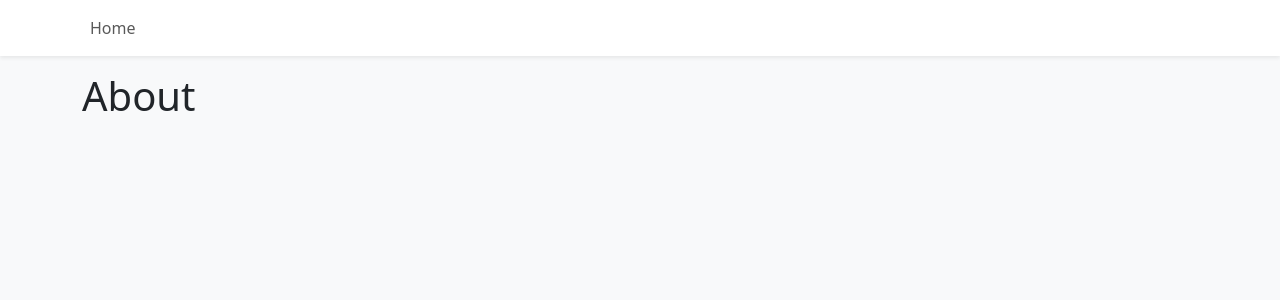
Repository: kurtveil/react-ecommerce
Page: /about
The author's editor kept a copy of each file at every save. The page is drawn from the files as they stood at one save, then again after the next save.
The browser window is 1280 px wide. The pictures show the whole page.
The project was rebuilt for these pictures with package versions that can differ from the ones it lists, and the page was loaded fresh each time. Also part of the build but not shown: vite.config.ts, src/pages/Home.tsx, src/pages/Store.tsx.

Above is the page before, as saved 2023-07-12 19:34:54.

After the next save:
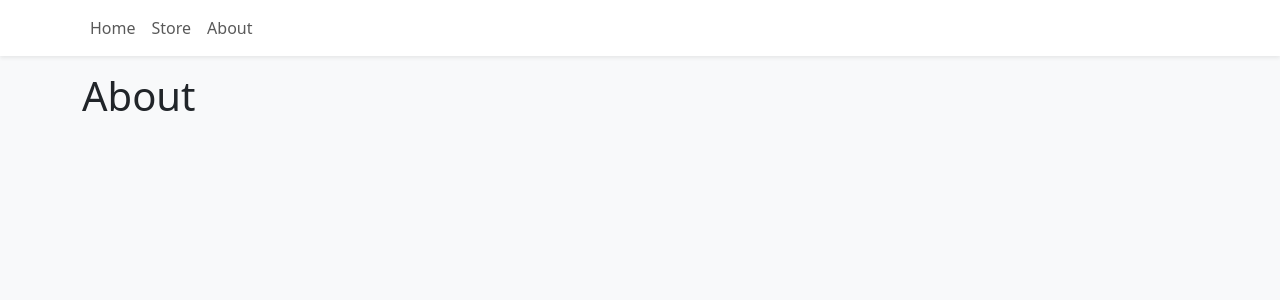
Saved 37 s later.
--- a/src/components/Navbar.tsx
+++ b/src/components/Navbar.tsx
@@ -8,6 +8,12 @@ export default function Navbar() {
                 <Nav.Link to="/" as={NavLink}>
                     Home
                 </Nav.Link>
+                <Nav.Link to="/" as={NavLink}>
+                    Store
+                </Nav.Link>
+                <Nav.Link to="/" as={NavLink}>
+                    About
+                </Nav.Link>
             </Nav>
         </Container>
     </NavbarBs>
